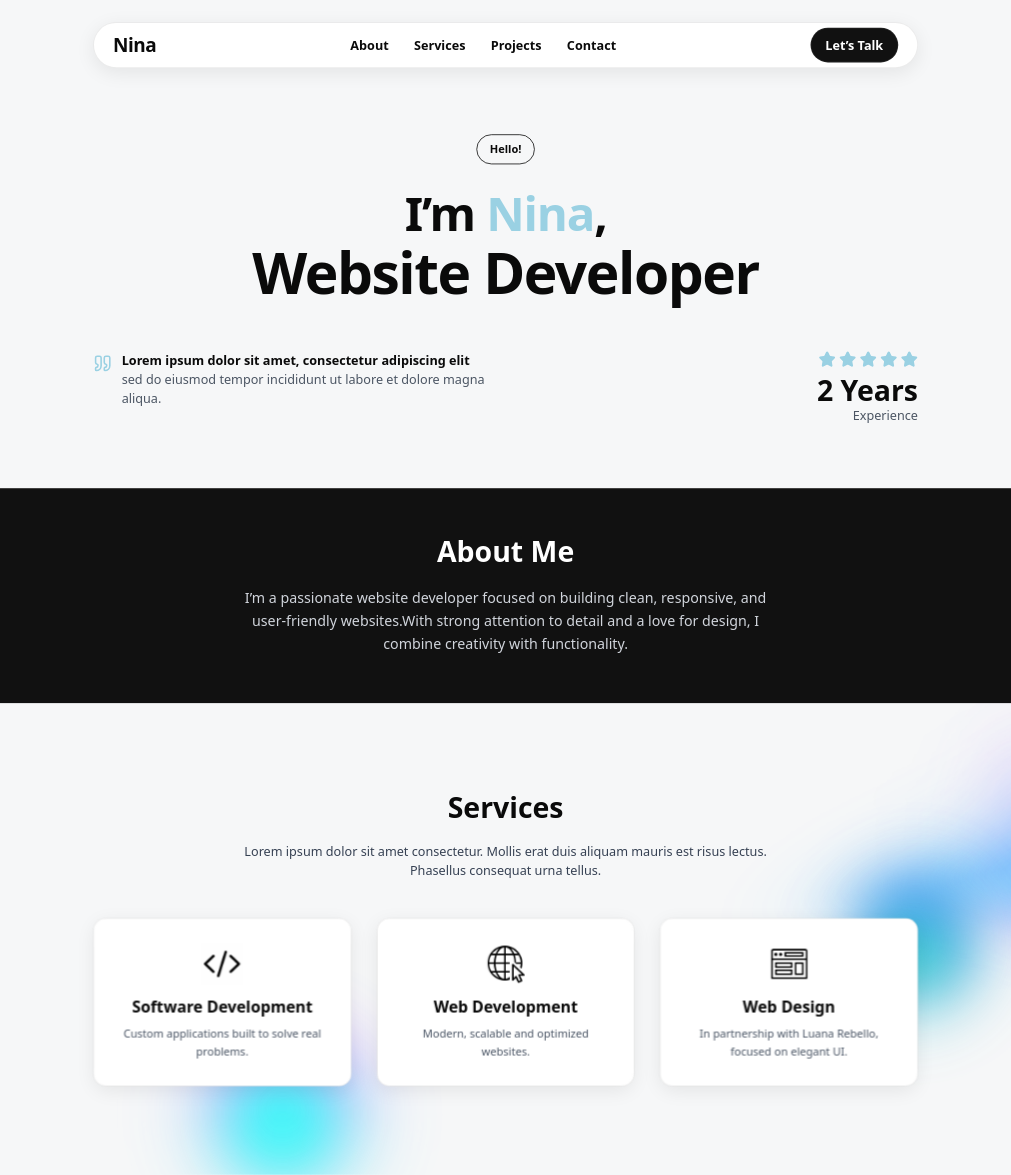
Repository: nina-rebello/portfolio
Page: /
The author's editor kept a copy of each file at every save. The page is drawn from the files as they stood at one save, then again after the next save.
The browser window is 1280 px wide. The pictures show the whole page, at 79% of full size.
The project was rebuilt for these pictures with package versions that can differ from the ones it lists, and the page was loaded fresh each time. The framework's server and built-in components were replaced by stand-ins that run in the browser. Also part of the build but not shown: next.config.ts.

Above is the page before, as saved 2025-09-11 16:00:53.

After the next save:
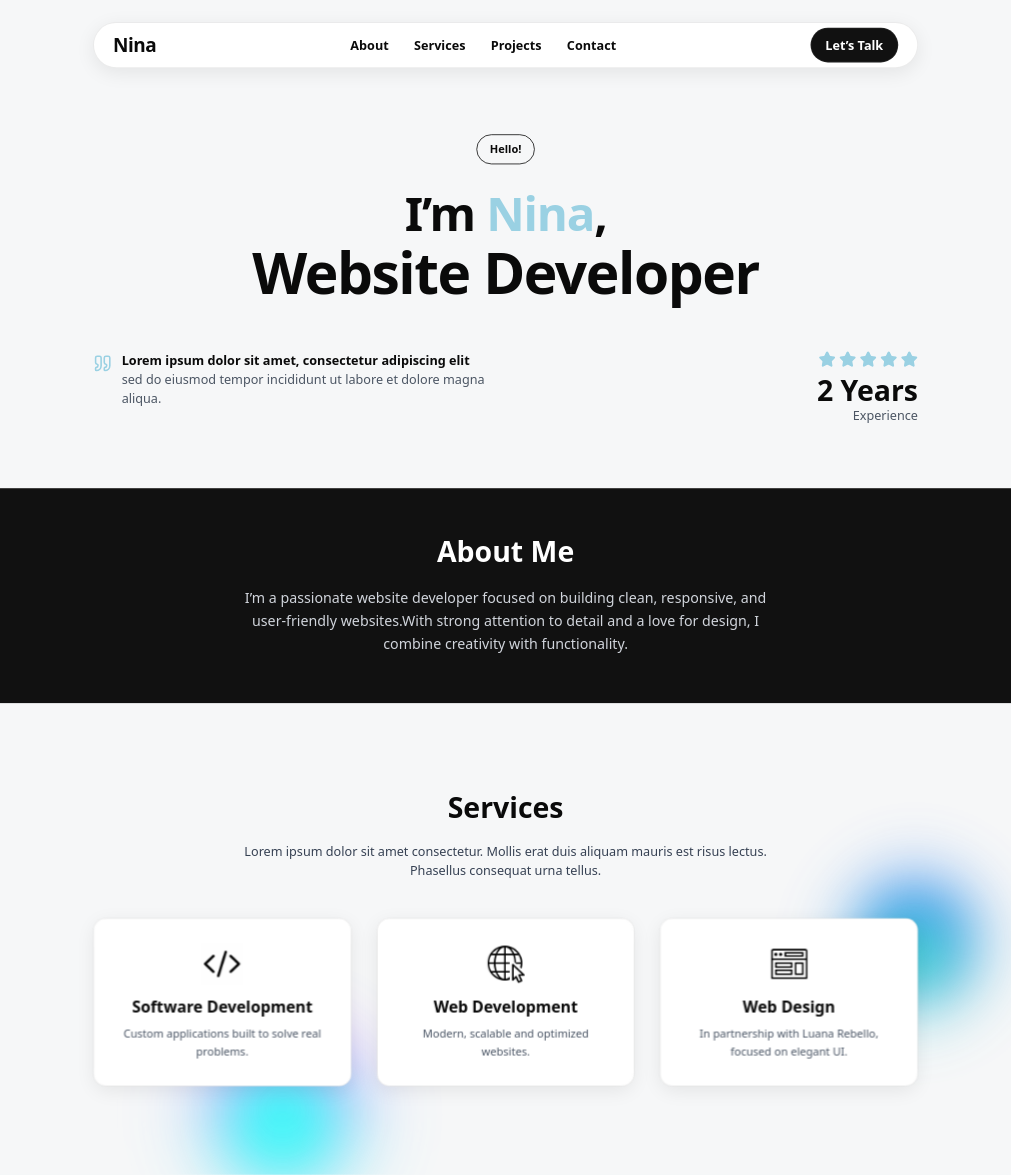
Saved 5 s later.
--- a/components/sections/Services.tsx
+++ b/components/sections/Services.tsx
@@ -28,7 +28,7 @@ export default function Services() {
           alt=""
           width={1400}
           height={1000}
-          className="absolute -top-52 left-220 w-[1900px] opacity-80"
+          className="absolute -top-52 left-220 w-[100px] opacity-80"
           priority
         />
         <Image
